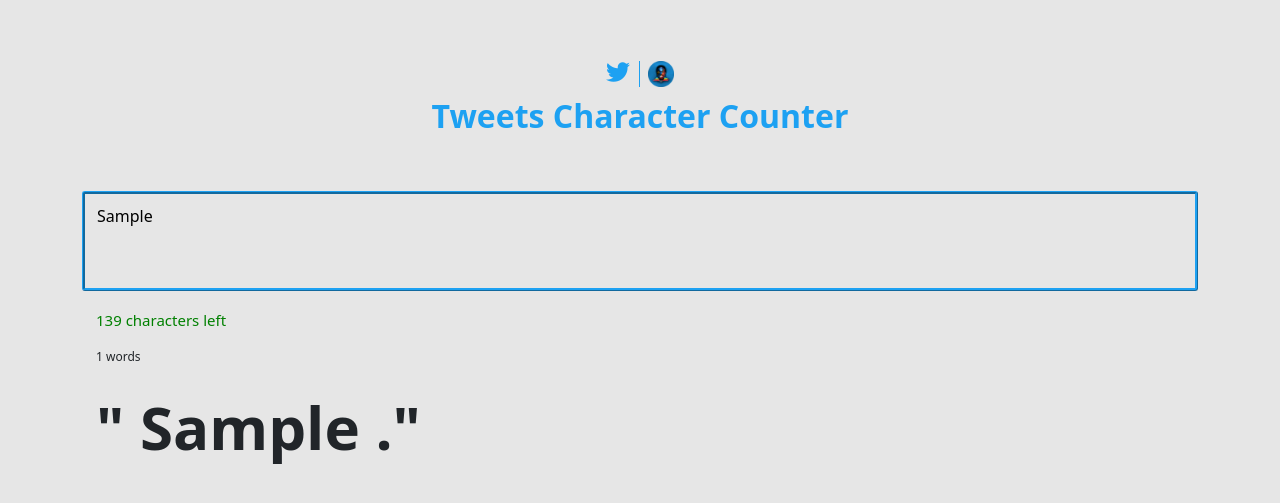
Repository: magmukendi/Tweets-Count
Page: index.html
The author's editor kept a copy of each file at every save. The page is drawn from the files as they stood at one save, then again after the next save.
The browser window is 1280 px wide. The pictures show the whole page.
Empty fields were first filled with sample values (such as "Sample", 5 or name@example.com).
After loading, the first visible `#tt` was changed once.
Some web libraries are served in a nearby version.

Above is the page before, as saved 2022-06-11 17:14:05.

After the next save:
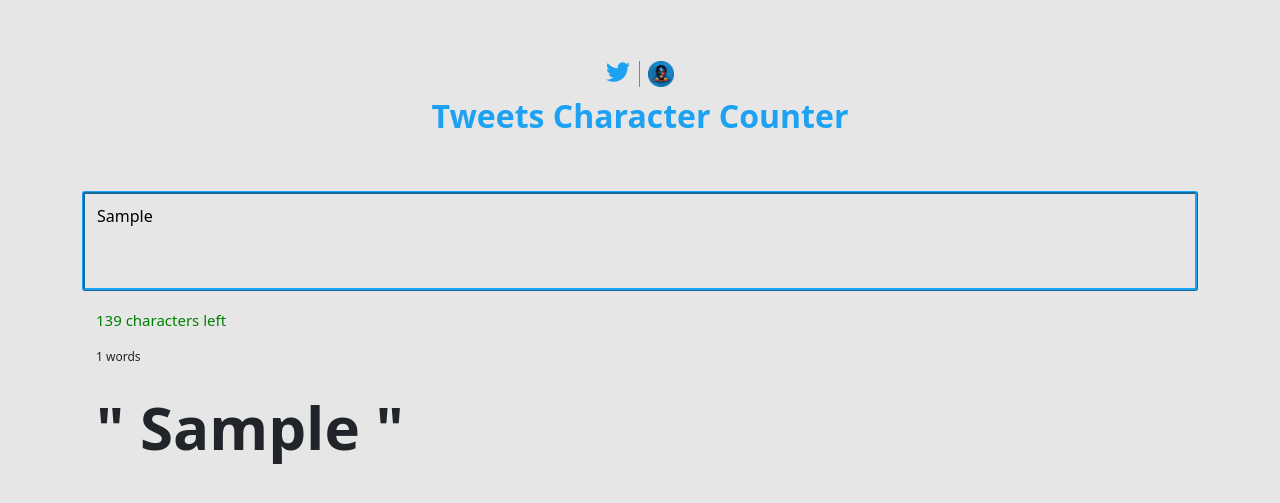
Saved 30 s later.
--- a/app.js
+++ b/app.js
@@ -18,7 +18,7 @@ function print(){
         words = document.createElement('p')
         xValue = x.value;
         if (xValue){
-                p.innerText = '" ' + xValue + ' ."'
+                p.innerText = '" ' + xValue + ' "'
         }
         doc.append(number)
         doc.append(words)
